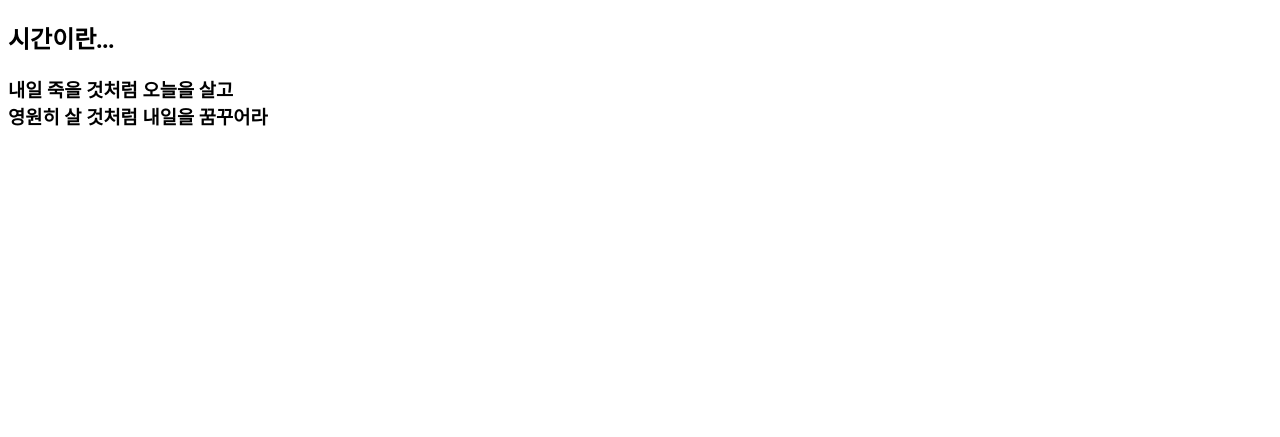
Repository: hwa-ryong/jspworks
Page: http://localhost/Jspwork/ch01/time.jsp
These files come from the project's save history. The page is drawn as it stood at one moment and after the next save; the edit follows.
The browser window is 1280 px wide. The pictures show the whole page.
The page is served by Tomcat 9.

Above is the page before, as saved 2023-05-26 04:00:36.

After the next save:
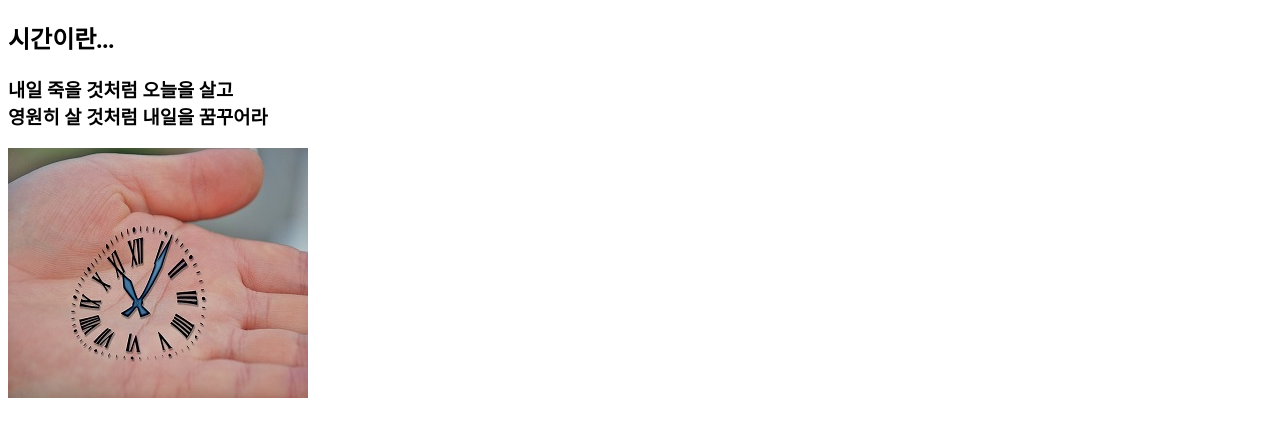
Saved 4 min 33 s later.
--- a/Jspwork/src/main/webapp/ch01/time.jsp
+++ b/Jspwork/src/main/webapp/ch01/time.jsp
@@ -11,6 +11,7 @@
 		<h2>시간이란...</h2>
 		<h3>내일 죽을 것처럼 오늘을 살고<br>
 			영원히 살 것처럼 내일을 꿈꾸어라</h3>
+		<img src="../resources/images/time.jpg" alt="손시계">
 	</div>
 </body>
 </html>
